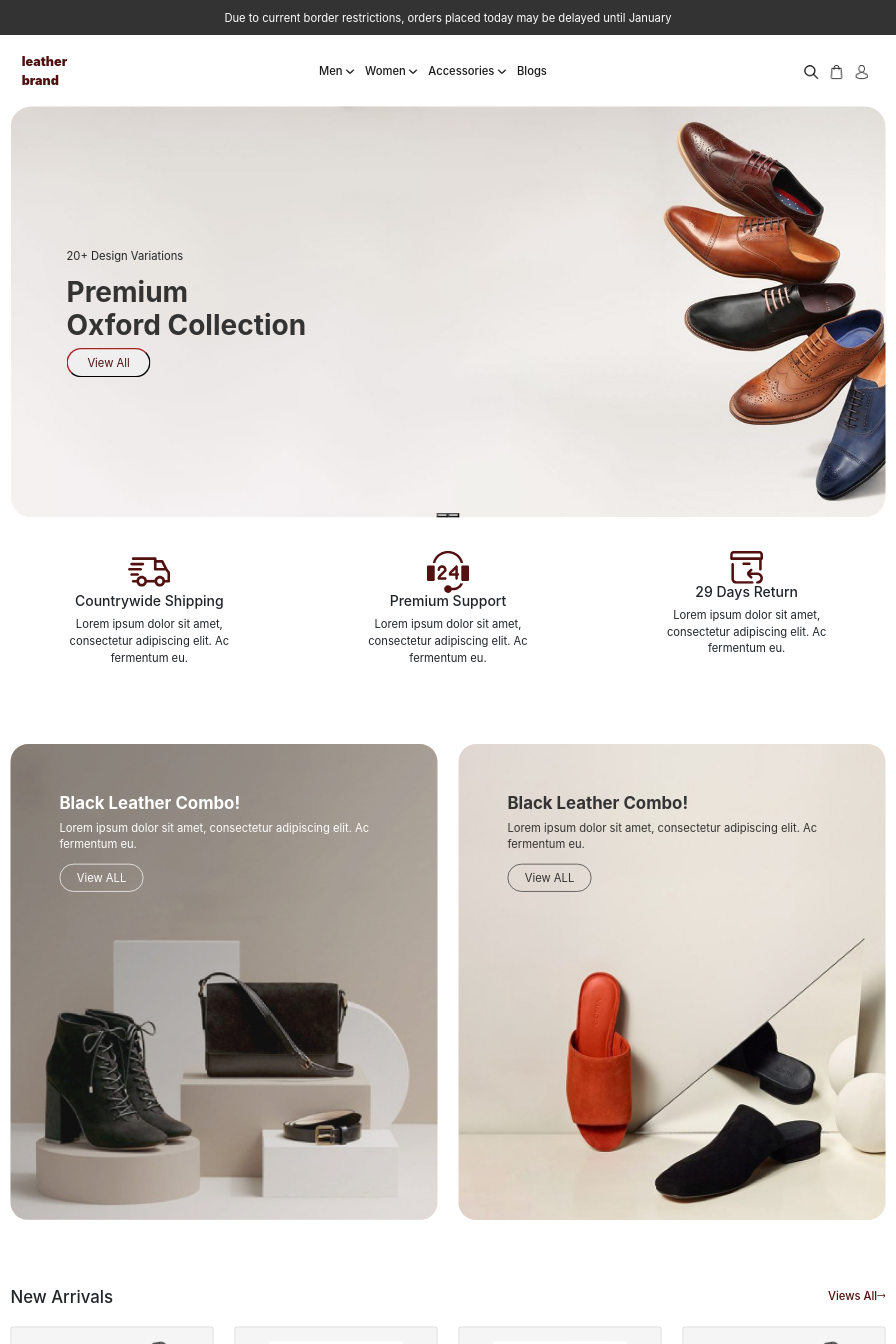
Repository: arif286/fashion-house
Page: /
An editor plug-in stored every save of this project. The page is shown before and after the next save, followed by the edit.
The browser window is 1280 px wide. The pictures show the part of the page from y = 0 to 1920 px (the page is 3873 px tall), at 70% of full size.
The project was rebuilt for these pictures with package versions that can differ from the ones it lists, and the page was loaded fresh each time. The framework's server and built-in components were replaced by stand-ins that run in the browser. Also part of the build but not shown: nuxt.config.js, components/Footer.vue, components/NuxtLogo.vue, components/Tutorial.vue.

Above is the page before, as saved 2021-07-12 10:23:22.

### components/Contact.vue
<template>
  <div class="container mb-5">
    <div class="row contact-bg">
      <div class="contact mt-5 mb-5">
        <h3>Stay on track</h3>
        <p>
          Sign up to our newsletter to stay up to date with the latest news,
          products and events from Leatherex.
        </p>
        <div class="subscribe">
          <input class="email" type="text" placeholder="Your Email Address" />
          <input class="sub-btn" type="button" value="Subscribe!" />
        </div>
      </div>
    </div>
  </div>
</template>
<style scoped>
.contact-bg {
  background-image: url('@/assets/Images/newsletter.png');
  background-repeat: no-repeat;
  background-size: cover;
  background-position: bottom;
  border-radius: 25px;
}
.contact {
  margin-left: 50px;
}
.contact h3 {
  color: #521010;
  font-weight: 800;
}
.contact p {
  width: 345px;
  color: #333333;
}
.subscribe {
  width: 430px;
  display: flex;
  position: relative;
}
.subscribe .email {
  outline: none;
  border: 1px solid #521010;
  padding: 10px;
  border-radius: 30px;
  width: 100%;
}
.sub-btn {
  background: #521010;
  border-radius: 30px;
  padding: 9px 20px;
  position: absolute;
  right: 0;
  color: white;
}
@media only screen and (min-width: 320px) and (max-width: 560px) {
  .subscribe {
    width: 300px;
  }
  .contact p {
    width: 300px;
  }
  .contact {
    margin-left: 0px;
    padding: 10px;
  }
}
</style>

### components/DisplayCollection.vue
<template>
  <div class="container mb-5">
    <div class="row">
      <div class="col-md-6 col-sm-12 col-12">
        <div class="row">
          <div class="col-12 pb-4">
            <div
              class="men-collection all-collection d-flex align-items-center"
            >
              <div class="collection-content">
                <h3>Mens</h3>
                <p>Collection</p>
              </div>
            </div>
          </div>
          <div class="col-12 pb-4">
            <div
              class="women-collection all-collection d-flex align-items-center"
            >
              <div class="collection-content">
                <h3>Women's</h3>
                <p>Collection</p>
              </div>
            </div>
          </div>
        </div>
      </div>
      <div class="col-md-6 col-sm-12 col-12">
        <div class="accessories all-collection d-flex align-items-center">
          <div class="collection-content">
            <h3>Accessories</h3>
            <p>Collection</p>
          </div>
        </div>
      </div>
    </div>
  </div>
</template>

<script></script>

<style scoped>
.men-collection {
  background-image: url('@/assets/Images/mens.png');
  height: 300px;
}
.women-collection {
  background-image: url('@/assets/Images/women.png');
  height: 300px;
}
.accessories {
  background-image: url('@/assets/Images/accessories.png');
  height: 623px;
}
.all-collection {
  background-repeat: no-repeat;
  background-position: bottom;
  background-size: cover;
  border-radius: 15px;
}
.collection-content {
  margin-left: 60px;
}
.collection-content h3 {
  color: white;
  font-weight: 500;
}
.collection-content p {
  color: white;
}
@media only screen and (min-width: 320px) and (max-width: 767px) {
  .accessories {
    height: 300px;
  }
}
</style>

### components/Nav.vue
<template>
  <div>
    <header>
      <p class="top-header d-flex justify-content-center align-items-center">
        <span>
          Due to current border restrictions, orders placed today may be delayed
          until January</span
        >
      </p>
    </header>
    <nav class="navbar container navbar-expand-lg navbar-light mb-3">
      <div class="container-fluid">
        <div class="nav-title">
          <span>leather</span>
          <br />
          <span>brand</span>
        </div>
        <button
          class="navbar-toggler"
          type="button"
          data-bs-toggle="collapse"
          data-bs-target="#navbarSupportedContent"
          aria-controls="navbarSupportedContent"
          aria-expanded="false"
          aria-label="Toggle navigation"
        >
          <span class="navbar-toggler-icon"></span>
        </button>
        <div id="navbarSupportedContent" class="collapse navbar-collapse">
          <div class="d-flex justify-content-center w-100">
            <ul class="navbar-nav mb-2 mb-lg-0">
              <li class="nav-item">
                <a class="nav-link active" href="#"
                  >Men
                  <img
                    class="down-arrow"
                    :src="require('@/assets/Images/down-arrow.png')"
                    alt=""
                /></a>
              </li>
              <li class="nav-item">
                <a class="nav-link active" href="#"
                  >Women
                  <img
                    class="down-arrow"
                    :src="require('@/assets/Images/down-arrow.png')"
                    alt=""
                /></a>
              </li>
              <li class="nav-item">
                <a class="nav-link active" href="#">
                  Accessories
                  <img
                    class="down-arrow"
                    :src="require('@/assets/Images/down-arrow.png')"
                    alt=""
                  />
                </a>
              </li>
              <li class="nav-item">
                <a class="nav-link active" href="#">Blogs</a>
              </li>
            </ul>
          </div>
          <div class="ml-auto">
            <ul class="navbar-nav mb-2 mb-lg-0">
              <li class="nav-item">
                <a class="nav-link active" aria-current="page" href="#"
                  ><img
                    class="nav-icon"
                    :src="require('@/assets/Images/search.png')"
                    alt=""
                /></a>
              </li>
              <li class="nav-item">
                <a class="nav-link" href="#"
                  ><img
                    class="nav-icon"
                    :src="require('@/assets/Images/nav-bag.png')"
                    alt=""
                /></a>
              </li>
              <li class="nav-item">
                <a class="nav-link active" href="#">
                  <img
                    class="nav-icon"
                    :src="require('@/assets/Images/avatar.png')"
                    alt=""
                  />
                </a>
              </li>
            </ul>
          </div>
        </div>
      </div>
    </nav>
  </div>
</template>

<script></script>
<style scoped>
.nav-title {
  color: #521010;
  font-weight: 900;
  font-size: 18px;
}
.nav-title:hover {
  color: #521010;
  font-weight: bold;
}
.nav-item a {
  color: #000;
}
.nav-icon {
  width: 20px;
}
.nav-link {
  font-weight: 500;
}
.down-arrow {
  width: 12px;
}
.top-header {
  height: 50px;
  background-color: #333333;
  color: #ffff;
}
</style>

### components/NewCollection.vue
<template>
  <div class="container mb-5">
    <div class="row">
      <div
        v-for="item in collections"
        :key="item.id"
        class="col-md-6 col-12 mb-5"
      >
        <div class="card-content" :class="item.class">
          <div class="card-body product-details">
            <h4>{{ item.title }}</h4>
            <p>{{ item.text }}</p>
            <button>View ALL</button>
          </div>
        </div>
      </div>
    </div>
  </div>
</template>
<script>
export default {
  props: {
    collections: {
      type: Array,
      required: true,
    },
  },
}
</script>
<style>
.newArrival {
  background-image: url('@/assets/Images/newarrivals1.png');
}
.promo {
  background-image: url('@/assets/Images/promo.png');
}
.card-content {
  background-repeat: no-repeat;
  background-size: cover;
  height: 680px;
  border-radius: 25px;
  background-position: bottom;
}
.product-details {
  padding: 70px;
}
.product-details button {
  border-radius: 30px;
  width: 120px;
  padding: 7px 15px;
  border: 1px solid #333333;
  color: #333333;
  background: none;
}
.product-details h4 {
  color: #333333;
  font-weight: 700;
}
.product-details p {
  color: #333333;
}
.newArrival h4 {
  color: white;
}
.newArrival p {
  color: white;
}
.newArrival button {
  border: 1px solid white;
  color: white;
}
@media only screen and (min-width: 320px) and (max-width: 425px) {
  .product-details {
    padding: 30px 0px 0px 20px;
  }
  .card-content {
    height: 450px;
  }
}
</style>

### components/Products.vue
<template>
  <div class="container mb-5">
    <div class="d-flex justify-content-between pb-3">
      <h4>{{ title }}</h4>
      <a class="view-product" href="">
        <p class="d-flex">
          <span>Views All</span>
          <img :src="require('@/assets/Images/right-arrow.svg')" alt="" />
        </p>
      </a>
    </div>

    <div class="row">
      <div
        v-for="item in products"
        :key="item.id"
        class="col-12 col-sm-6 col-lg-3 mb-4"
      >
        <div class="card h-100">
          <div class="card-body">
            <div class="d-flex justify-content-center position-relative">
              <span class="heart"
                ><img :src="require('@/assets/Images/heart.png')" alt=""
              /></span>
              <img
                class="product-img"
                :src="require(`@/assets/Images/${item.image}`)"
                alt=""
              />
            </div>
            <h3>{{ item.title }}</h3>
            <p class="price">৳ {{ item.price }}</p>
            <div class="d-flex justify-content-between">
              <p>
                <span>
                  <img
                    class="rating"
                    :src="require('@/assets/Images/star.png')"
                    alt=""
                  />
                </span>
                <span>
                  <img
                    class="rating"
                    :src="require('@/assets/Images/star.png')"
                    alt=""
                  />
                </span>
                <span>
                  <img
                    class="rating"
                    :src="require('@/assets/Images/star.png')"
                    alt=""
                  />
                </span>
                <span>
                  <img
                    class="rating"
                    :src="require('@/assets/Images/star2.png')"
                    alt=""
                  />
                </span>
              </p>
              <button class="shopping-btn">
                <img :src="require('@/assets/Images/bag.png')" alt="" />
              </button>
            </div>
          </div>
        </div>
      </div>
    </div>
  </div>
</template>
<script>
export default {
  props: {
    products: {
      type: Array,
      required: true,
    },
    title: {
      type: String,
      required: true,
    },
  },
}
</script>

<style scoped>
.product-img {
  width: 190px;
  height: 184px;
}
.card {
  background-color: #f5f5f5;
}
.view-product {
  color: #521010;
  font-weight: 500;
}
.view-product p img {
  width: 12px;
}
.price {
  color: #521010;
  font-weight: 700;
}
.shopping-btn {
  background-color: #521010;
  padding: 5px 8px;
  border-radius: 5px;
}
.shopping-btn img {
  width: 25px;
  height: 25px;
}
.rating {
  width: 18px;
}
.heart {
  display: inline-block;
  position: absolute;
  left: 5px;
}
.heart img {
  width: 20px;
}
</style>

### components/Service.vue
<template>
  <div class="container mb-5">
    <div class="row">
      <div
        v-for="service in services"
        :key="service.id"
        class="col-md-4 col-12 mb-5"
      >
        <div class="d-flex justify-content-center">
          <div class="service-box text-center">
            <img :src="require(`@/assets/Images/${service.image}`)" alt="" />
            <h5>{{ service.title }}</h5>
            <p>{{ service.text }}</p>
          </div>
        </div>
      </div>
    </div>
  </div>
</template>

<script>
export default {
  props: {
    services: { type: Array, required: true },
  },
}
</script>
<style>
.service-box {
  width: 250px;
}
</style>

### components/Slider.vue
<template>
  <div class="container mb-5">
    <div
      id="carouselExampleIndicators"
      class="carousel slide"
      data-bs-ride="carousel"
    >
      <div class="carousel-indicators">
        <button
          type="button"
          data-bs-target="#carouselExampleIndicators"
          data-bs-slide-to="0"
          class="active"
          aria-current="true"
          aria-label="Slide 1"
        ></button>
        <button
          type="button"
          data-bs-target="#carouselExampleIndicators"
          data-bs-slide-to="1"
          aria-label="Slide 2"
        ></button>
      </div>
      <div class="carousel-inner">
        <div class="carousel-item active d-flex align-items-center">
          <div class="slider-content">
            <p>20+ Design Variations</p>
            <h1>
              Premium
              <br />
              Oxford Collection
            </h1>
            <button>View All</button>
          </div>
        </div>
        <div class="carousel-item">
          <div class="slider-content">
            <p>20+ Design Variations</p>
            <h1>
              Premium
              <br />
              Oxford Collection
            </h1>
            <button>View All</button>
          </div>
        </div>
      </div>
    </div>
  </div>
</template>

<script></script>
<style>
.carousel-item {
  background-image: url('@/assets/Images/hero1.png');
  background-repeat: no-repeat;
  width: 100%;
  background-size: cover;
  height: 587px;
  border-radius: 30px;
}
.slider-content {
  margin-left: 80px;
}
.slider-content h1 {
  color: #333333;
  font-weight: 700;
}
.slider-content button {
  border-radius: 30px;
  width: 120px;
  padding: 7px 15px;
  border-color: #521010;
  color: #521010;
}
@media only screen and (min-width: 320px) and (max-width: 450px) {
  .carousel-item {
    height: 400px;
  }
  .slider-content {
    margin-left: 20px;
  }
}
</style>

### pages/index.vue
<template>
  <div>
    <Nav />
    <Slider />
    <Service :services="serviceData" />
    <NewCollection :collections="collections" />
    <Products title="New Arrivals" :products="products" />
    <DisplayCollection />
    <Products title="Best Sellers" :products="products" />
    <Contact />
  </div>
</template>

<script>
import { serviceData, newCollectionData, productsData } from '@/assets/data.js'
export default {
  data() {
    return {
      serviceData,
      collections: newCollectionData,
      products: productsData,
    }
  },
}
</script>
<style>
@import url('https://fonts.googleapis.com/css2?family=Roboto:ital,wght@0,100;0,300;0,400;0,500;0,700;0,900;1,100;1,300;1,400;1,500;1,700;1,900&display=swap');

.body {
  font-family: 'Roboto', sans-serif;
}
.container {
  max-width: 1880px;
}
</style>

### assets/data.js
export const serviceData = [
  {
    id: 1,
    image: 'delivery.svg',
    title: 'Countrywide Shipping',
    text: 'Lorem ipsum dolor sit amet, consectetur adipiscing elit. Ac fermentum eu.',
  },
  {
    id: 2,
    image: 'call-center.svg',
    title: 'Premium Support',
    text: 'Lorem ipsum dolor sit amet, consectetur adipiscing elit. Ac fermentum eu.',
  },
  {
    id: 3,
    image: 'return.svg',
    title: '29 Days Return',
    text: 'Lorem ipsum dolor sit amet, consectetur adipiscing elit. Ac fermentum eu.'
  }
]

export const newCollectionData = [
  {
    id: 2,
    class: 'newArrival',
    title: 'Black Leather Combo!',
    text: 'Lorem ipsum dolor sit amet, consectetur adipiscing elit. Ac fermentum eu.',
  },
  {
    id: 3,
    class: 'promo',
    title: 'Black Leather Combo!',
    text: 'Lorem ipsum dolor sit amet, consectetur adipiscing elit. Ac fermentum eu.',
  }
]

export const productsData = [
  {
    id: 1,
    image: 'boot.png',
    title: 'Black Leather Boots',
    price: 4499,
    rating: 4,
  },
  {
    id: 2,
    image: 'image1.png',
    title: "Men's Chelsea Boots",
    price: 3699,
    rating: 3,
  },
  {
    id: 3,
    image: 'image2.png',
    title: 'Casual Men Loafers',
    price: 2599,
    rating: 4,
  },
  {
    id: 4,
    image: 'boot.png',
    title: 'Black Leather Boots',
    price: 3699,
    rating: 5,
  },
]

After the next save:
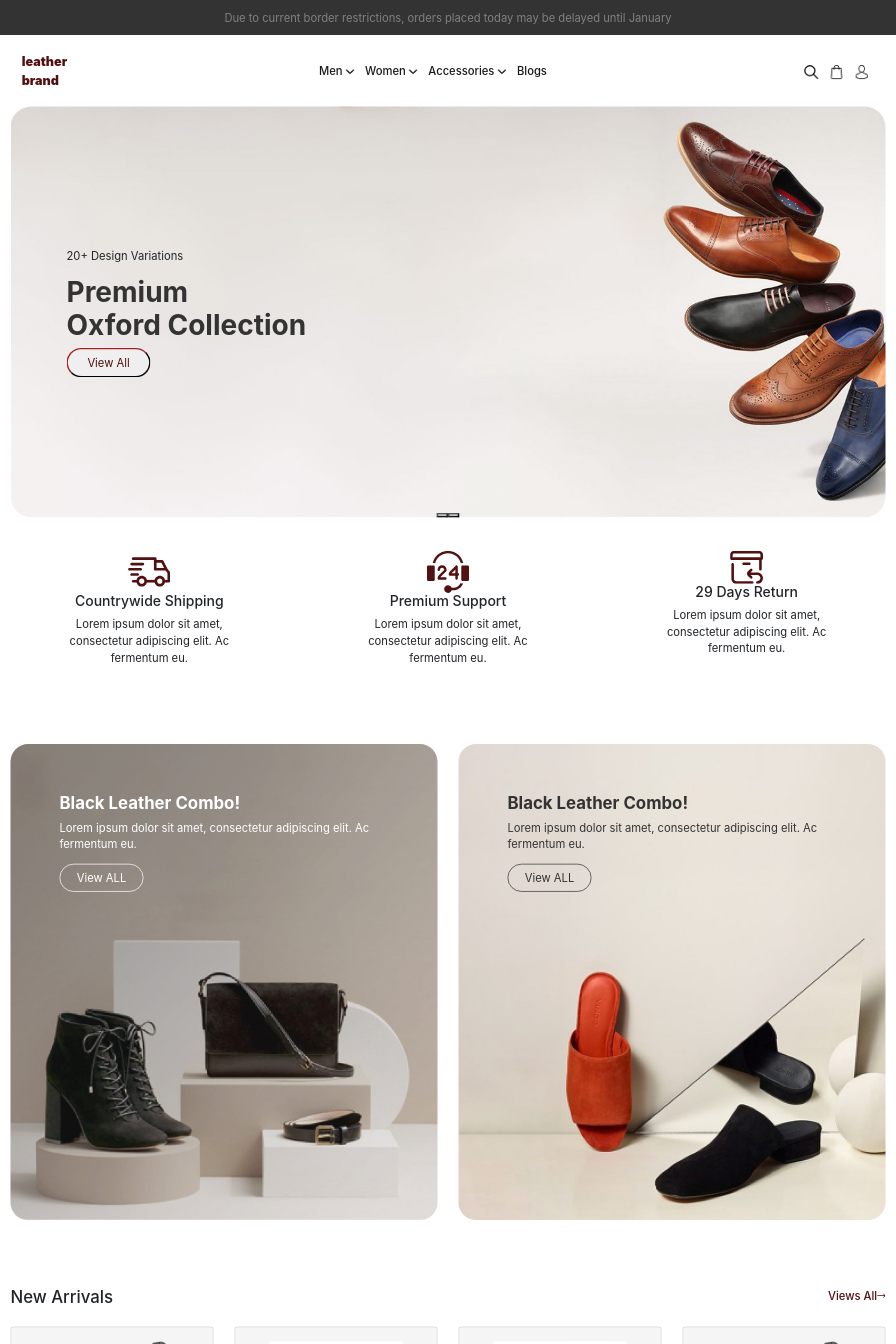
Saved 29 s later.
--- a/components/Nav.vue
+++ b/components/Nav.vue
@@ -123,6 +123,6 @@
 .top-header {
   height: 50px;
   background-color: #333333;
-  color: #ffff;
+  color: gray;
 }
 </style>
